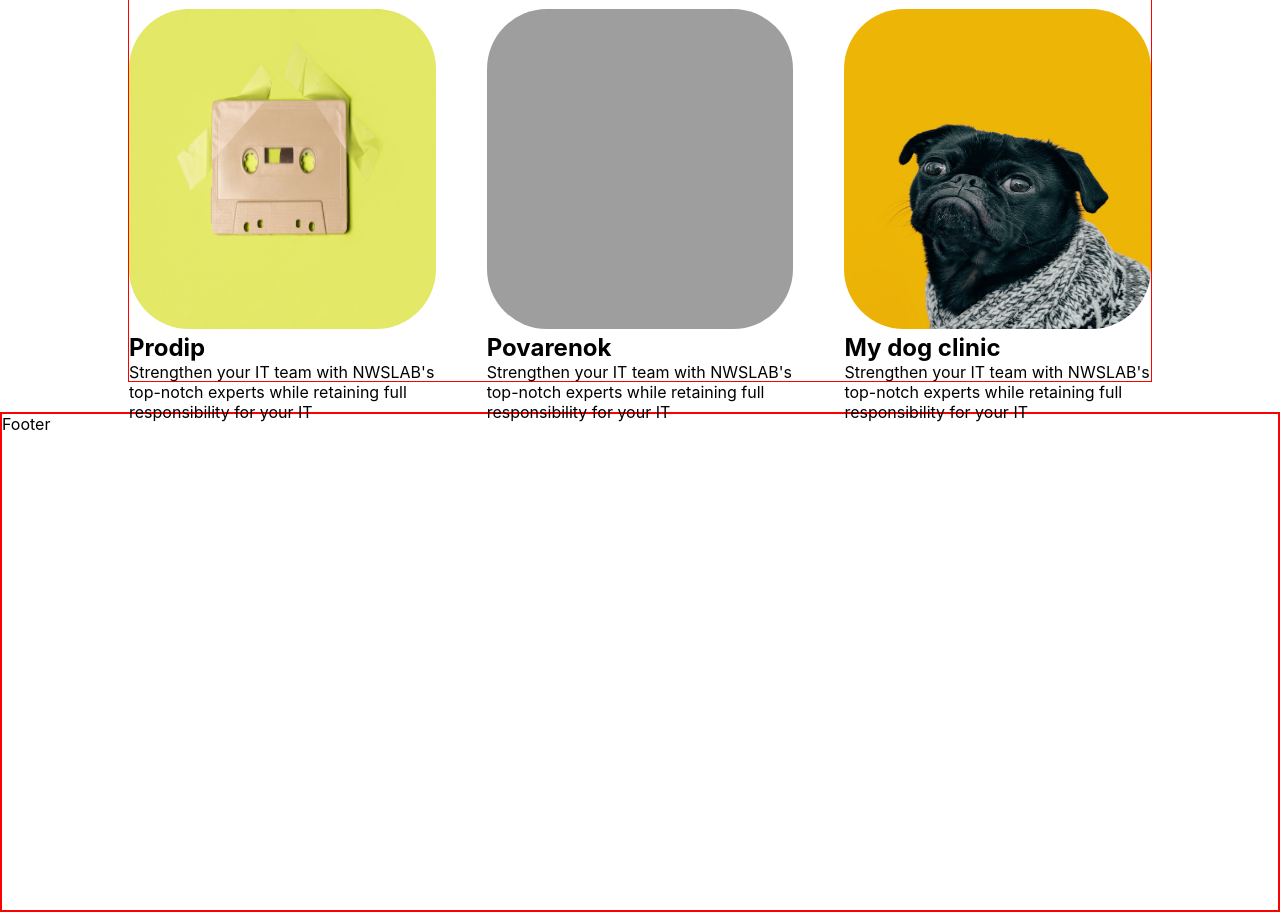
Repository: EdgarSargsyan2001/NWSlab21062022
Page: /
The author's editor kept a copy of each file at every save. The page is drawn from the files as they stood at one save, then again after a run of saves.
The browser window is 1280 px wide. The pictures show the part of the page from y = 2086 to 3038 px (the page is 2998 px tall before and 3038 px after).
Pictures or frames that could not be fetched are drawn as grey boxes. The project was rebuilt for these pictures with package versions that can differ from the ones it lists, and the page was loaded fresh each time.

Above is the page before, as saved 2022-06-23 16:06:45.

### public/index.html
<!DOCTYPE html>
<html lang="en">
  <head>
    <meta charset="utf-8" />
    <link rel="icon" href="%PUBLIC_URL%/favicon.ico" />
    <meta name="viewport" content="width=device-width, initial-scale=1" />
    <meta name="theme-color" content="#000000" />
    <meta
      name="description"
      content="Web site created using create-react-app"
    />
    <link rel="preconnect" href="https://fonts.googleapis.com">
    <link rel="preconnect" href="https://fonts.gstatic.com" crossorigin>
    <link href="https://fonts.googleapis.com/css2?family=Grandstander:ital,wght@0,100;0,200;0,300;0,400;0,500;0,600;0,700;1,100;1,200;1,300;1,400;1,500;1,600;1,700&family=Montserrat:ital,wght@0,100;0,200;0,300;0,400;0,500;0,600;1,100;1,200;1,300;1,400;1,500;1,600&display=swap" rel="stylesheet">
    <link rel="apple-touch-icon" href="%PUBLIC_URL%/logo192.png" />
    <!--
      manifest.json provides metadata used when your web app is installed on a
      user's mobile device or desktop. See https://developers.google.com/web/fundamentals/web-app-manifest/
    -->
    <link rel="manifest" href="%PUBLIC_URL%/manifest.json" />
    <!--
      Notice the use of %PUBLIC_URL% in the tags above.
      It will be replaced with the URL of the `public` folder during the build.
      Only files inside the `public` folder can be referenced from the HTML.

      Unlike "/favicon.ico" or "favicon.ico", "%PUBLIC_URL%/favicon.ico" will
      work correctly both with client-side routing and a non-root public URL.
      Learn how to configure a non-root public URL by running `npm run build`.
    -->
    <title>React Redux App</title>
  </head>
  <body>
    <noscript>You need to enable JavaScript to run this app.</noscript>
    <div id="root"></div>
    <!--
      This HTML file is a template.
      If you open it directly in the browser, you will see an empty page.

      You can add webfonts, meta tags, or analytics to this file.
      The build step will place the bundled scripts into the <body> tag.

      To begin the development, run `npm start` or `yarn start`.
      To create a production bundle, use `npm run build` or `yarn build`.
    -->
  </body>
</html>

### src/index.tsx
import React from 'react';
import { createRoot } from 'react-dom/client';
import { Provider } from 'react-redux';
import { BrowserRouter } from "react-router-dom";
import { store } from './app/store';
import App from './App';
import reportWebVitals from './reportWebVitals';
import './index.css';

const container = document.getElementById('root')!;
const root = createRoot(container);

root.render(
  // <React.StrictMode>
  <BrowserRouter>
    <Provider store={store}>
      <App />
    </Provider>
    </BrowserRouter>
  // </React.StrictMode>
);

// If you want to start measuring performance in your app, pass a function
// to log results (for example: reportWebVitals(console.log))
// or send to an analytics endpoint. Learn more: https://bit.ly/CRA-vitals
reportWebVitals();

### src/app/store.ts
import { configureStore } from "@reduxjs/toolkit";



export const store = configureStore({
  reducer: {

  },
});

### src/App.tsx
import React from 'react';
import { Route, Routes } from 'react-router-dom';
import './App.css';
import MainLayout from './Layouts/mainLayout/MainLayout';
import HomePage from './Pages/HomePage/HomePage';



function App() {
  return (
    <div >
        <Routes>
          <Route path='/' element={<MainLayout/>}>
            <Route path='/' element={<HomePage/>}  />
            {/* <Route path='' element={} /> */}
            {/* <Route path='' element={} /> */}
            {/* <Route path='' element={} /> */}
          </Route>
        </Routes>
    </div>
  );
}

export default App;

### src/Layouts/mainLayout/MainLayout.tsx


import { Outlet } from "react-router-dom";
import Footer from "../Footer/Footer";
import Header from "../Header/Header";
import "./MainLayout.css";



export default function MainLayout(){

    return(
        <div >
            <Header />

            <Outlet />

            <Footer />
        </div>
    )
}

### src/Pages/HomePage/HomePage.tsx
import React from 'react'
import MainComp1 from '../../Components/VideoMain/MainCompFirst/MainCompFirst'
import MainCompSec from '../../Components/VideoMain/MainCompSec/MainCompSec'
import { HomePageStl } from './HomePageStl'

const ArrInfo1 = [
  {
    title:"Extensive experience",
    desc:'For over a decade we have developed thousands of outstanding projects that helped our clients accomplish their business goals',
    num:'1000+',
    text:'successful projects'
  },
  {
    title:"Industry-focused specialists",
    desc:"With a strong focus on technology-intensive industries and constant attention to detail and IT trends, NWSLAB's specialists help clients from all over the world",
    num:'15',
    text:'years in business'
  },
  {
    title:"Customer loyalty",
    desc:"NWSLAB’s high standards, effective project delivery, and ability to develop IT solutions of any kind, enable us to enjoy wide recognition. As a result, 90% of our customers are recurring and recommend us to their partners",
    num:'90%',
    text:'recurring customers'
  },

]

const ArrInfo2 = [
  {
    title:"Team Augmentation",
    desc:"Strengthen your IT team with NWSLAB's top-notch experts while retaining full responsibility for your IT project, its goals, and outcomes."
  },
  {
    title:"Product Development Servicesе",
    desc:"Let NWSLAB’s experienced IT team ensure an end-to-end implementation of your IT project and share the responsibility for it with you"
  },
  {
    title:"Outsourced IT services",
    desc:"NWSLAB’s team will provide you with top-class IT services and assume full responsibility for the eventual success and results"
  }

]

const ArrInfo3 = [
  {
    title:"HelloSIM ",
    desc:"Strengthen your IT team with NWSLAB's top-notch experts while retaining full responsibility for your IT project, its goals, and outcomes. ",
    imgUrl:"../../Assets/img1.jpeg"
  },
  {
    title:"AddMe-Fast",
    desc:"Strengthen your IT team with NWSLAB's top-notch experts while retaining full responsibility for your IT ",
    imgUrl:"../../Assets/img2.jpeg"
  },
  {
    title:"Prodip",
    desc:"Strengthen your IT team with NWSLAB's top-notch experts while retaining full responsibility for your IT  ",
    imgUrl:"../../Assets/img3.jpeg"
  },
  {
    title:"Povarenok",
    desc:"Strengthen your IT team with NWSLAB's top-notch experts while retaining full responsibility for your IT  ",
    imgUrl:"../../Assets/img4.jpeg"
  },
  {
    title:"My dog clinic",
    desc:"Strengthen your IT team with NWSLAB's top-notch experts while retaining full responsibility for your IT ",
    imgUrl:"../../Assets/img5.jpeg"
  },
]

function HomePage() {
  return (
    <HomePageStl>
        <MainComp1
          titleMain='fuel your project with an expert team of industry focused engineers'
          btnOpen={false}
          ArrInfo={ArrInfo1}

        />

        <MainComp1
          titleMain='software development collaboration models'
          btnOpen={true}
          ArrInfo={ArrInfo2}
        />


      <MainCompSec
        titleMain='latest projects'
        ArrInfo={ArrInfo3}
      />

    </HomePageStl>

)
}

export default HomePage

### src/Layouts/Footer/Footer.tsx
import React from 'react'
import './Footer.css'

function Footer() {
  return (
    <div className='Footer'>Footer</div>
  )
}

export default Footer

### src/Layouts/Header/Header.tsx
import React from 'react'
import { ContainerStl, HeaderStl } from '../../style/headerStyle'
import { FiChevronDown ,FiList} from "react-icons/fi";
import VideoMain from '../../Components/VideoMain/VideoMain';


function Header() {


  return (
    <div>
        <HeaderStl>
          <ContainerStl>
              <div className='header__inner'>
                    <div className='header__logo'>NWS</div>

                    <nav>
                      <a className='nav__link' href='#'>Tech Stack<FiChevronDown/></a>
                      <a className='nav__link' href='#'>Industries<FiChevronDown/></a>
                      <a className='nav__link' href='#'>Company<FiChevronDown/></a>
                      <a className='nav__link' href='#'>Projects</a>
                      <a className='nav__link' href='#'>Pricing</a>
                    </nav>
                    <div className='navIcon'><FiList/></div>

              </div>
          </ContainerStl>
        </HeaderStl>

        <ContainerStl>
          <VideoMain
            path='../../Assets/main.gif'
            text='IT оutstaffing сompany'
            />
        </ContainerStl>
    </div>
  )
}

export default Header

### src/Components/VideoMain/MainCompFirst/MainCompFirst.tsx
import React from 'react'
import { MainTitleStl } from '../../../style/AllStyle'
import { MainCompFirstStl } from '../../../style/MainCompFirstStyle'
import MainCompFirstChld from './MainCompFirstChld'

interface obj {
  title:string,
  desc:string,
  num?:string,
  text?:string

}

function MainCompFirst({titleMain,btnOpen,ArrInfo}:{titleMain:String,btnOpen:boolean,ArrInfo:Array<obj>}) {


  return (
    <MainCompFirstStl>
      <MainTitleStl>{titleMain}</MainTitleStl>
      <div className='MainCompChildren'>
        {
          ArrInfo
          .map((el,i)=><MainCompFirstChld
                        key={i}
                        btnOpen={btnOpen}
                        title={el.title}
                        desc={el.desc}
                        num={el.num}
                        text={el.text}

                  />)
        }
      </div>

    </MainCompFirstStl>
  )}



export default MainCompFirst

### src/Components/VideoMain/MainCompSec/MainCompSec.tsx
import React from 'react'
import { MainTitleStl } from '../../../style/AllStyle'
import { MainCompSecStl } from '../../../style/MainCompSecStyle'
import MainCompSecChild from './MainCompSecChild'

interface infoObj {
    imgUrl:string,
    title:string,
    desc:string
}

function MainCompSec({titleMain,ArrInfo}:{titleMain:string,ArrInfo:Array<infoObj>}) {
  return (
    <MainCompSecStl>
       <MainTitleStl>{titleMain}</MainTitleStl>
        <div className='MainCompSecChildren'>
            {
                ArrInfo
                    .map(el=><MainCompSecChild
                            imgUrl={el.imgUrl}
                            title={el.title}
                            desc={el.desc}
                        />)
            }

        </div>


    </MainCompSecStl>
  )
}

export default MainCompSec

### src/Pages/HomePage/HomePageStl.ts
import styled from 'styled-components'


export const HomePageStl = styled.div`

    padding: 60px 0 30px 0;
    width: 100vw;
    max-width: 80vw;
    margin: 0 auto;

    @media screen  and (max-width:1024px)  {

        max-width: 95vw;
    }

`

### src/Layouts/Footer/Footer.css
.Footer{
    width: 100vw;
    height: 500px;
    border: 2px solid red;
}

### src/style/headerStyle.ts
import styled from 'styled-components'


export const HeaderStl = styled.header`

    width: 100vw;
    height: 70px;
    background:rgb(0,0,0,0.8) ;
    position: fixed;
    top: 0;
    left: 0;
    z-index:15;
    display: flex;
    align-items: center;

    .header__inner{
        display: flex;
        justify-content: space-between;
        align-items: center;
        margin: 0 30px;
    }
    .header__logo{
        width: 69px;
        height: 61px;
        border: 1px solid red;
        color: white;
        text-align: center;

    }
    nav{
        text-transform: uppercase;
        font-family: 'Montserrat';
    }
    .nav__link{
        color: #fff;
        text-decoration:none;
        margin: 0 15px;
        font-weight: 500;
        font-size: 15px;
        line-height: 110%;
        transition: .2s;
    }
    .nav__link:hover{
        color: blue;
    }
    .navIcon{
        color: white;
        display: none;
        font-size: 40px;
        cursor: pointer;
    }

    @media screen and (max-width:1024px) {
        /* HeaderStl */

        nav{
            display: none;
        }
        .navIcon{
            display: block;
        }
    }


`


export const ContainerStl = styled.div`
    width: 100%;
    max-width: 1700px;
    margin: 0 auto;

`

### src/Components/VideoMain/VideoMain.tsx
import React from 'react'
import { VideoStyle } from '../../style/videoStyle'


function VideoMain({path,height,text}:{path:string,height?:string,text?:string}) {


   return (
    <VideoStyle >

      <div className='imgDiv'>
        <div className='opacity'></div>

        <img src={path} alt='gif'/>
      </div>

      <div className='text'>{text}</div>

    </VideoStyle>

   )
}

export default VideoMain

### src/style/AllStyle.ts
import styled from 'styled-components'


export const MainTitleStl = styled.h1`

    max-width: 826px;
    font-size: 35px;
    text-transform: uppercase;
    background: url('https://i.pinimg.com/736x/aa/cf/27/aacf274933bbd946325a812272f9a280.jpg');
    background-size: contain;
    -webkit-text-fill-color: transparent;
    -webkit-background-clip: text;

    @media screen  and (max-width:1024px)  {
        width:100%;

    }

`

### src/style/MainCompFirstStyle.ts
import styled from 'styled-components'




export const MainCompFirstStl = styled.div`


    .MainCompChildren{
        display: flex;
        grid-gap: 5%;

    }

    @media screen  and (max-width:1024px)  {

        .MainCompChildren{
            display: block;

        }

    }

`
export const MainCompFirstChldStl = styled.div`

    margin-top: 50px;
    width: 33%;
    position: relative;
    cursor: pointer;

    :hover .title{
        color:#573AB5;
    }

    .title{
        transition: 0.2s;
        margin-bottom: 15px;
        font-family: 'Grandstander';
        font-style: normal;
        font-weight: 500;
        font-size: 25px;
        line-height: 100%;
    }
    .desc{

        font-family: 'Montserrat';
        font-style: normal;
        font-weight: 400;
        font-size: 16px;
        line-height: 140%;
    }
    .num{
        font-family: 'Grandstander';
        font-style: normal;
        font-weight: 500;
        font-size: 30px;
        line-height: 100%;
        color: #573AB5;
        margin-top: 30px;
    }
    .text{
        font-family: 'Montserrat';
        font-style: normal;
        font-weight: 400;
        font-size: 16px;
        line-height: 140%;
        color: #999999;
    }
    .Btn{
        width: 42px;
        height: 42px;
        background: #573AB5;
        border: none;
        border-radius: 50%;
        color: white;
        padding: 6px 21px 0 9px;
        font-size: 24px;
        margin-top: 20px;
        cursor: pointer;
    }
    @media screen  and (max-width:1024px)  {
        width: 100%;

    }




`

### src/Components/VideoMain/MainCompFirst/MainCompFirstChld.tsx
import React from 'react'
import { MainCompFirstChldStl } from '../../../style/MainCompFirstStyle'
import { FiArrowRight } from "react-icons/fi";

function MainCompFirstChld({title,desc,num,text,btnOpen}:{title:string,desc:string,num?:string,text?:string,btnOpen:boolean}) {
  return (
    <MainCompFirstChldStl>

        <h3 className='title'>{title}</h3>
        <p className='desc'>{desc}</p>
        {!btnOpen ? <>
            <p className='num'>{num}</p>
            <p className='text'>{text }</p>

          </>:

            <button className='Btn'><FiArrowRight/></button>

        }
    </MainCompFirstChldStl>
  )
}

export default MainCompFirstChld

### src/style/MainCompSecStyle.ts
import styled from 'styled-components'



export const MainCompSecStl = styled.div`


    margin-top: 40px;
    border: 1px solid red;



    .MainCompSecChildren{
        margin-top: 30px;
        display: grid;
        grid-template-columns:repeat(3, 1fr);
        /* grid-template-rows: repeat(2,450px); */
        grid-gap: 5%;

    }






    `

export const MainCompSecChildStl = styled.div`



    :nth-child(1){
        grid-column: 1/3;

    }


    img{
        width: 100%;
        height: 25vw;
        border-radius: 60px;
        transition: .8s;
        cursor: pointer;
    }
    img:hover{
        border-radius:50%;

    }


`

### src/Components/VideoMain/MainCompSec/MainCompSecChild.tsx
import React from 'react'
import { MainCompSecChildStl } from '../../../style/MainCompSecStyle'



function MainCompSecChild({title,desc,imgUrl}:{title:string,desc:string,imgUrl:string}) {

  return (
    <MainCompSecChildStl>
        <div className='imgDiv'>
            <img src={imgUrl} alt={imgUrl}  />

        </div>
        <h2>{title}</h2>
        <p>{desc}</p>

    </MainCompSecChildStl>
  )
}

export default MainCompSecChild

### src/style/videoStyle.ts

import styled from 'styled-components'



export const VideoStyle = styled.div`

    display: flex;
    justify-content: center;
    align-items: center;
    background-position: center;
    background-size: cover;
    box-sizing: border-box;

    .opacity{
        width:100vw;
        height: 100vh;
        position:absolute;
        top: 0;
        left: 0;
        background: rgba(0, 0, 0 , 0.6) ;
    }

    .imgDiv img{
        width:100vw;
        height:100vh;
    }

    .text{
        max-width: 900px;
        height: 420px;
        position:absolute;
        display: flex;
        justify-content: center;
        align-items: center;

        color: white;
        font-family: 'Grandstander';
        font-weight: 600;
        font-size: 140px;
        line-height: 100%;
        text-align: center;
        text-transform: uppercase;

    }

    @media screen and (max-width:1024px) {
        .opacity,.imgDiv img{
            height: 600px;

        }
        .text{
            max-width: 500px;
            font-size: 94px;
        }
    }
    @media screen and (max-width:600px) {

        .text{
            max-width: 300px;
            font-size: 55px;
        }
    }
    @media screen and (max-width:350px) {
        .opacity,.imgDiv img{
            height: 500px;

        }
        .text{
            max-width: 200px;
            font-size: 40px;
        }
    }

`

Loaded but not shown: src/reportWebVitals.ts (common file); src/index.css (common file); src/App.css (common file); src/Layouts/mainLayout/MainLayout.css (no stored copy; drawn as an empty file)

After the next 2 saves:
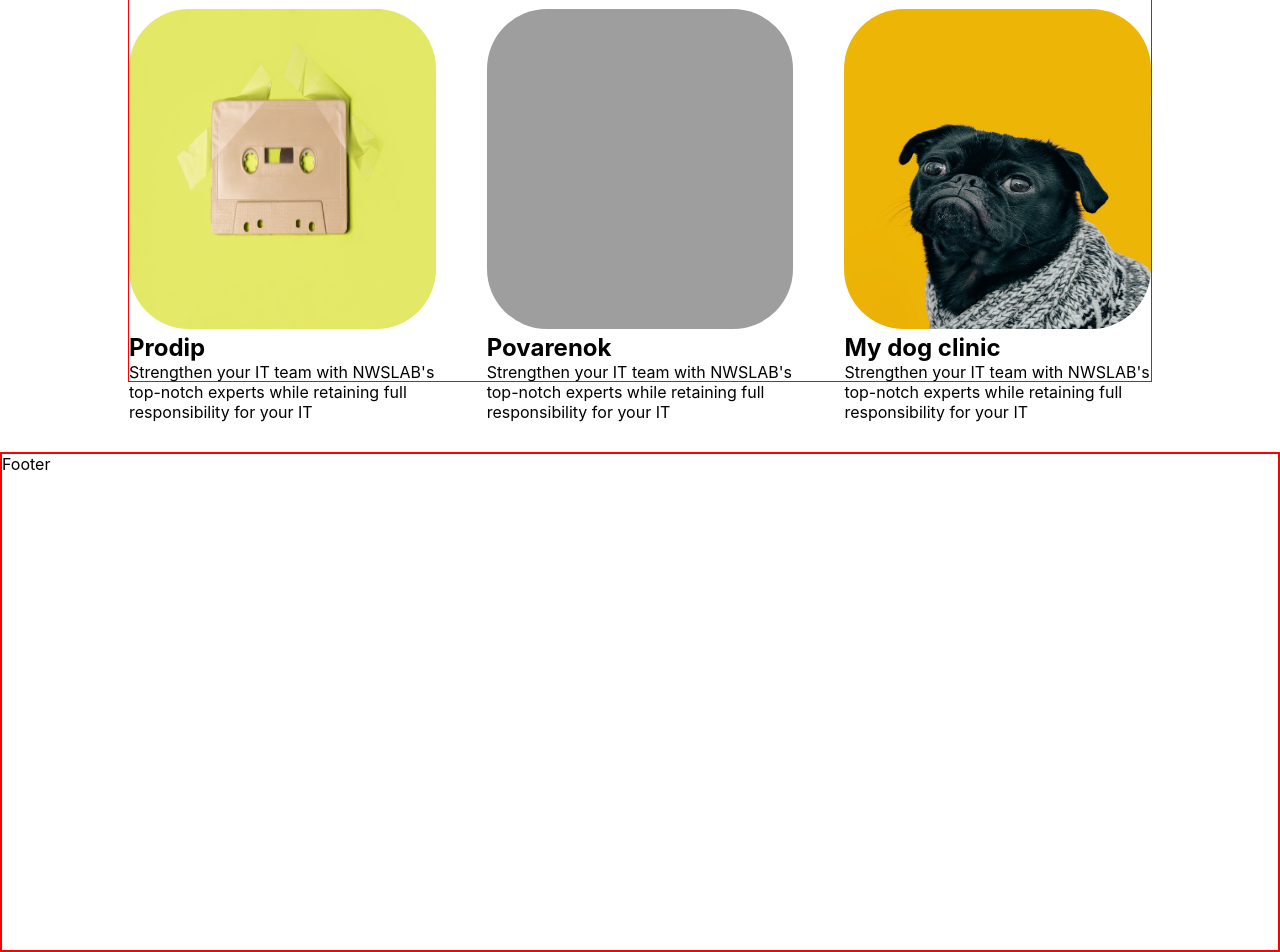
The 2 saves are shown as one change because they came seconds apart.
The last was saved 50 s later.
--- a/src/style/MainCompSecStyle.ts
+++ b/src/style/MainCompSecStyle.ts
@@ -5,7 +5,7 @@
 export const MainCompSecStl = styled.div`
 
 
-    margin-top: 40px;
+    margin: 40px 0;
     border: 1px solid red;
 
 
